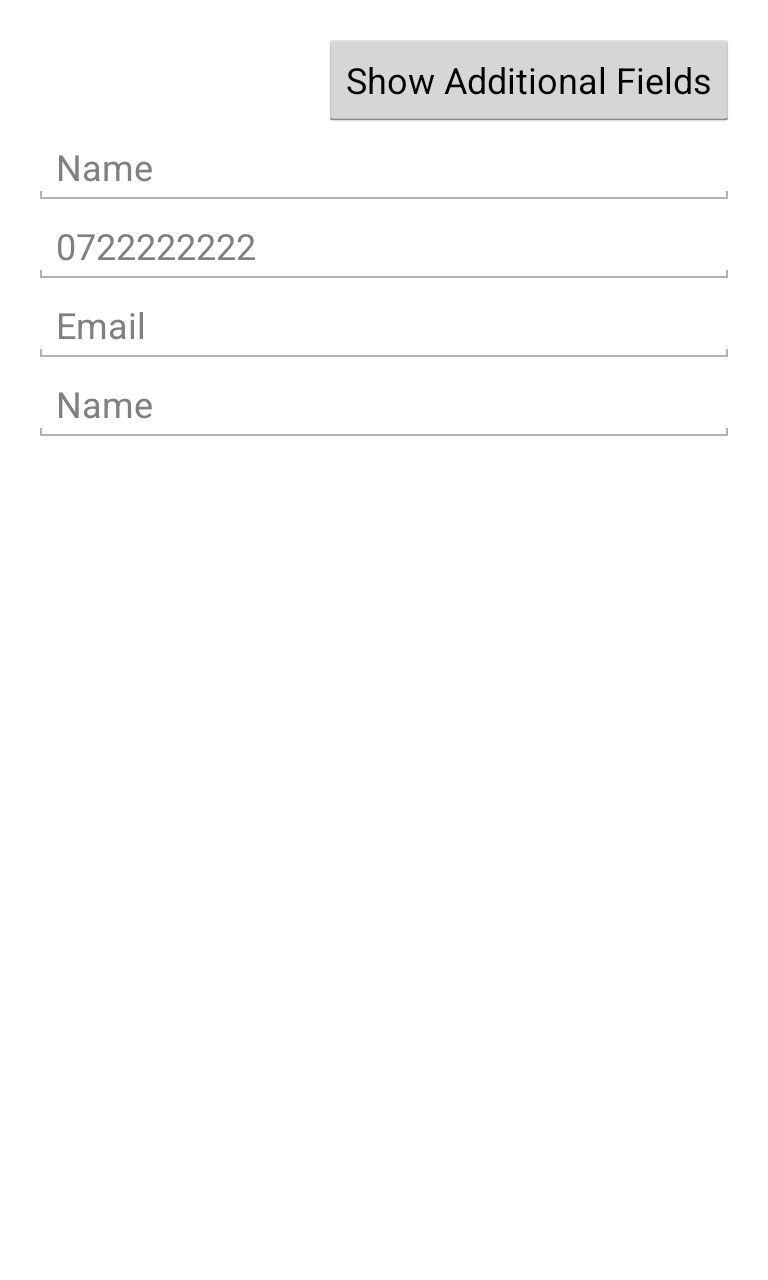
Repository: andreeastoican/Laborator04
Layout: ContactsManager/res/layout/fragment_basic_details.xml
An editor plug-in stored every save of this project. The layout is shown before and after the next save, followed by the edit.
It is drawn on a 768 x 1280 px phone screen (xhdpi) without system bars, with theme AppTheme; the app's code is not run.

Above is the layout before, as saved 2015-03-17 19:29:04.

### ContactsManager/res/layout/fragment_basic_details.xml
<LinearLayout xmlns:android="http://schemas.android.com/apk/res/android"
    xmlns:tools="http://schemas.android.com/tools"
    android:id="@+id/containerTop"
    android:layout_width="match_parent"
    android:layout_height="match_parent"
    android:paddingBottom="@dimen/activity_vertical_margin"
    android:paddingLeft="@dimen/activity_horizontal_margin"
    android:paddingRight="@dimen/activity_horizontal_margin"
    android:paddingTop="@dimen/activity_vertical_margin"
    android:orientation="vertical"
    tools:context="ro.pub.cs.systems.pdsd.lab04.contactsmanager.BasicDetailsFragment" >

    <Button
	       android:id="@+id/id_additional_filed"
	       android:text="Show Additional Fields"
	       android:layout_height="wrap_content"
	       android:layout_width="wrap_content"
	       android:layout_gravity="right"/>
	   <EditText
	       android:id="@+id/id_name"
	       android:layout_width="fill_parent"
	       android:layout_height="wrap_content"
	       android:hint="Name"/>
	   <EditText
	       android:id="@+id/id_phone"
	       android:layout_width="fill_parent"
	       android:layout_height="wrap_content"
	       android:hint="0722222222"/>
	   <EditText
	       android:id="@+id/id_email"
	       android:layout_width="fill_parent"
	       android:layout_height="wrap_content"
	       android:hint="Email"/>
	   <EditText
	       android:id="@+id/id_name"
	       android:layout_width="fill_parent"
	       android:layout_height="wrap_content"
	       android:hint="Name"/>

</LinearLayout>

Loaded but not shown: ContactsManager/res/values/styles.xml (common file); ContactsManager/res/values-v11/styles.xml (common file); ContactsManager/res/values-v14/styles.xml (common file); ContactsManager/res/values/dimens.xml (common file); ContactsManager/res/values-w820dp/dimens.xml (common file)

After the next save:
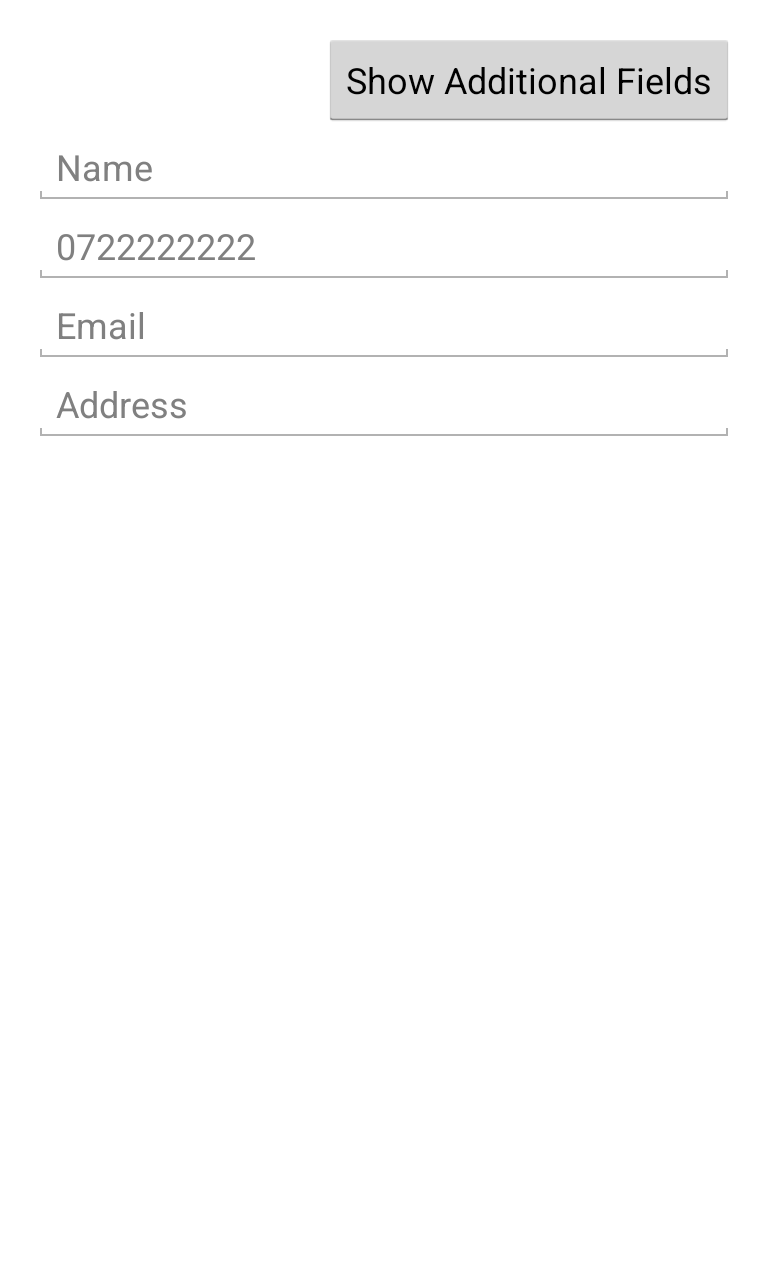
Saved 13 s later.
--- a/ContactsManager/res/layout/fragment_basic_details.xml
+++ b/ContactsManager/res/layout/fragment_basic_details.xml
@@ -32,9 +32,9 @@
 	       android:layout_height="wrap_content"
 	       android:hint="Email"/>
 	   <EditText
-	       android:id="@+id/id_name"
+	       android:id="@+id/id_address"
 	       android:layout_width="fill_parent"
 	       android:layout_height="wrap_content"
-	       android:hint="Name"/>
+	       android:hint="Address"/>
 
 </LinearLayout>
